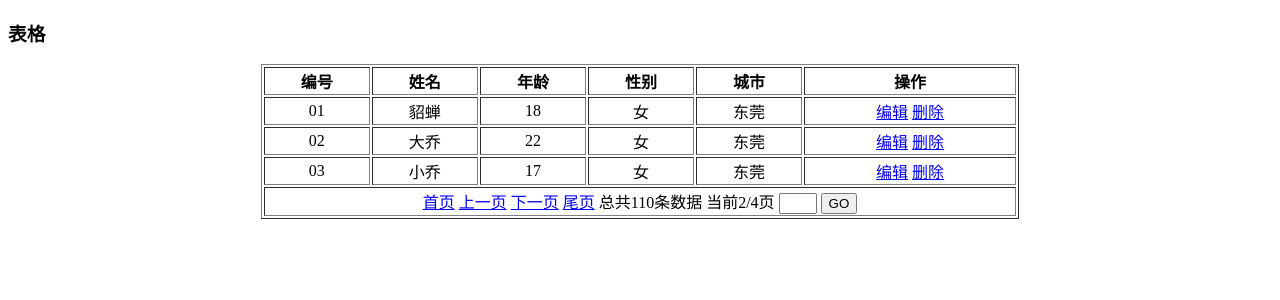
Repository: qyl1006/JavaApps
Page: workspace/web-01-html/WebContent/hello/list02.html
An editor plug-in stored every save of this project. The page is shown before and after the next save, followed by the edit.
The browser window is 1280 px wide. The pictures show the whole page.

Above is the page before, as saved 2018-02-27 05:10:12.

### workspace/web-01-html/WebContent/hello/list02.html
<!DOCTYPE html PUBLIC "-//W3C//DTD HTML 4.01 Transitional//EN" "http://www.w3.org/TR/html4/loose.dtd">
<html>
<head>
<meta http-equiv="Content-Type" content="text/html; charset=UTF-8">
<title>Insert title here</title>
	<style type="text/css">
		td {text-align: center;}
	</style>

</head>
<body>
	<h3>表格</h3>
	<table align="center" border="1" width="60%">
		<tr>
			<th>编号</th>
			<th>姓名</th>
			<th>年龄</th>
			<th>性别</th>
			<th>城市</th>
			<th>操作</th>
		</tr>
		<tr>
			<td>01</td>
			<td>貂蝉</td>
			<td>18</td>
			<td>女</td>
			<td>东莞</td>
			<td>
				<a href="#">编辑</a>
				<a href="#">删除</a>
			</td>
		</tr>
		<tr>
			<td>02</td>
			<td>大乔</td>
			<td>22</td>
			<td>女</td>
			<td>东莞</td>
			<td>
				<a href="#">编辑</a>
				<a href="#">删除</a>
			</td>
		</tr>
		<tr>
			<td>03</td>
			<td>小乔</td>
			<td>17</td>
			<td>女</td>
			<td>东莞</td>
			<td>
				<a href="#">编辑</a>
				<a href="#">删除</a>
			</td>
		</tr>
		<tr>
			<td colspan="6">
				<a href="#">首页</a>
				<a href="#">上一页</a>
				<a href="#">下一页</a>
				<a href="#">尾页</a>
				总共110条数据
				当前2/4页
				<input type="number" style="width:30px"/>
				<input type="button" value="GO"/>
			</td>
		</tr>
	</table>
</body>
</html>

After the next save:
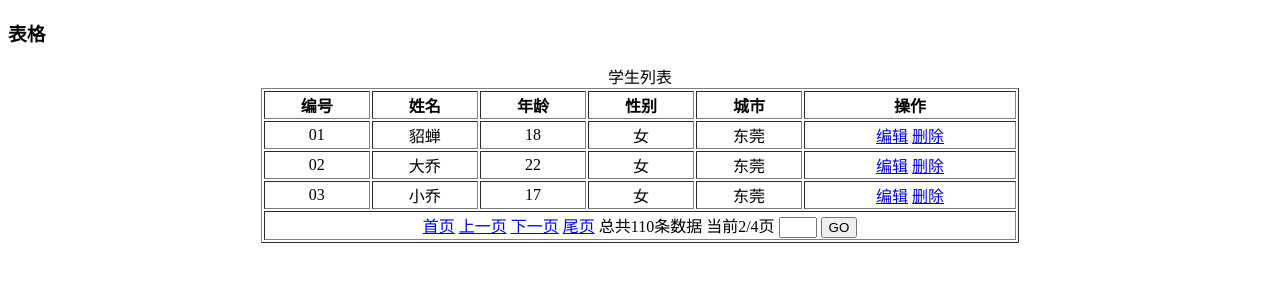
Saved 84 s later.
--- a/workspace/web-01-html/WebContent/hello/list02.html
+++ b/workspace/web-01-html/WebContent/hello/list02.html
@@ -11,6 +11,7 @@
 <body>
 	<h3>表格</h3>
 	<table align="center" border="1" width="60%">
+		<caption>学生列表</caption>
 		<tr>
 			<th>编号</th>
 			<th>姓名</th>
